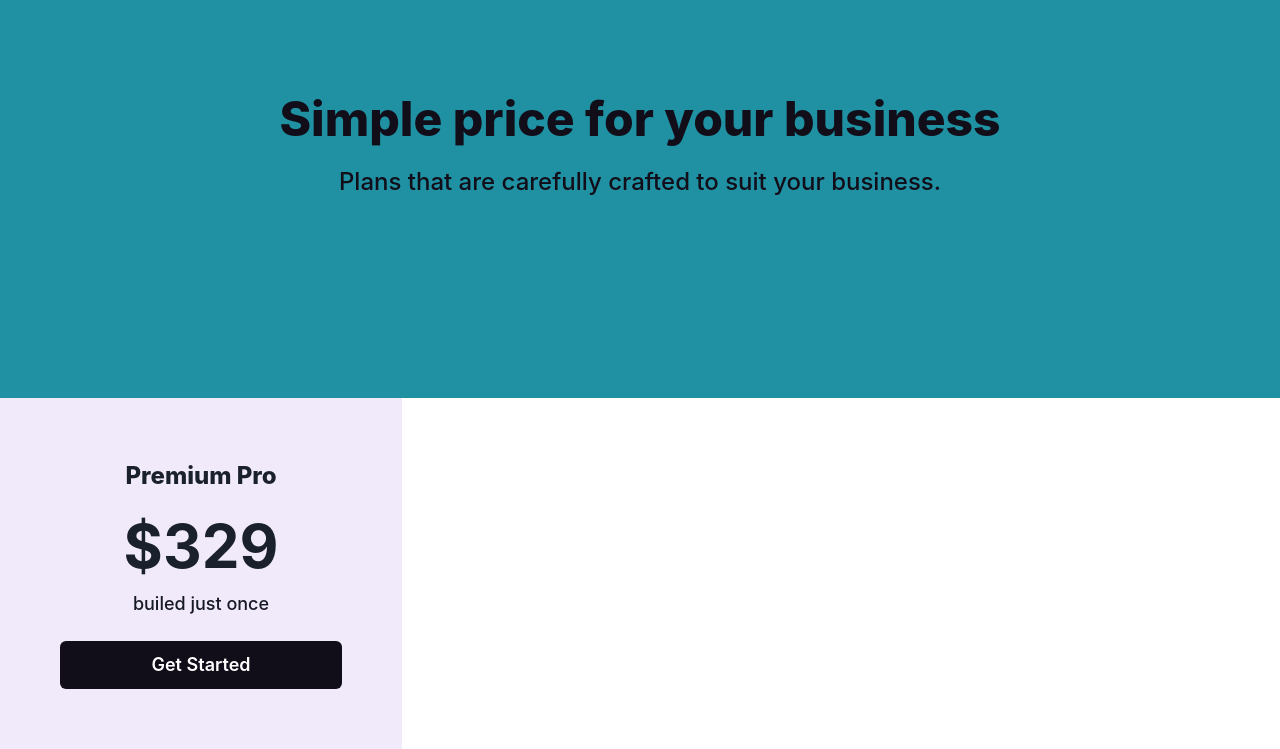
Repository: noutijo/learn-in-depth-chakra-ui
Page: /
An editor plug-in stored every save of this project. The page is shown before and after a run of saves, followed by the edit.
The browser window is 1280 px wide. The pictures show the whole page.
The project was rebuilt for these pictures with package versions that can differ from the ones it lists, and the page was loaded fresh each time. Also part of the build but not shown: vite.config.ts.

Above is the page before, as saved 2023-01-30 15:48:30.

After the next 2 saves:
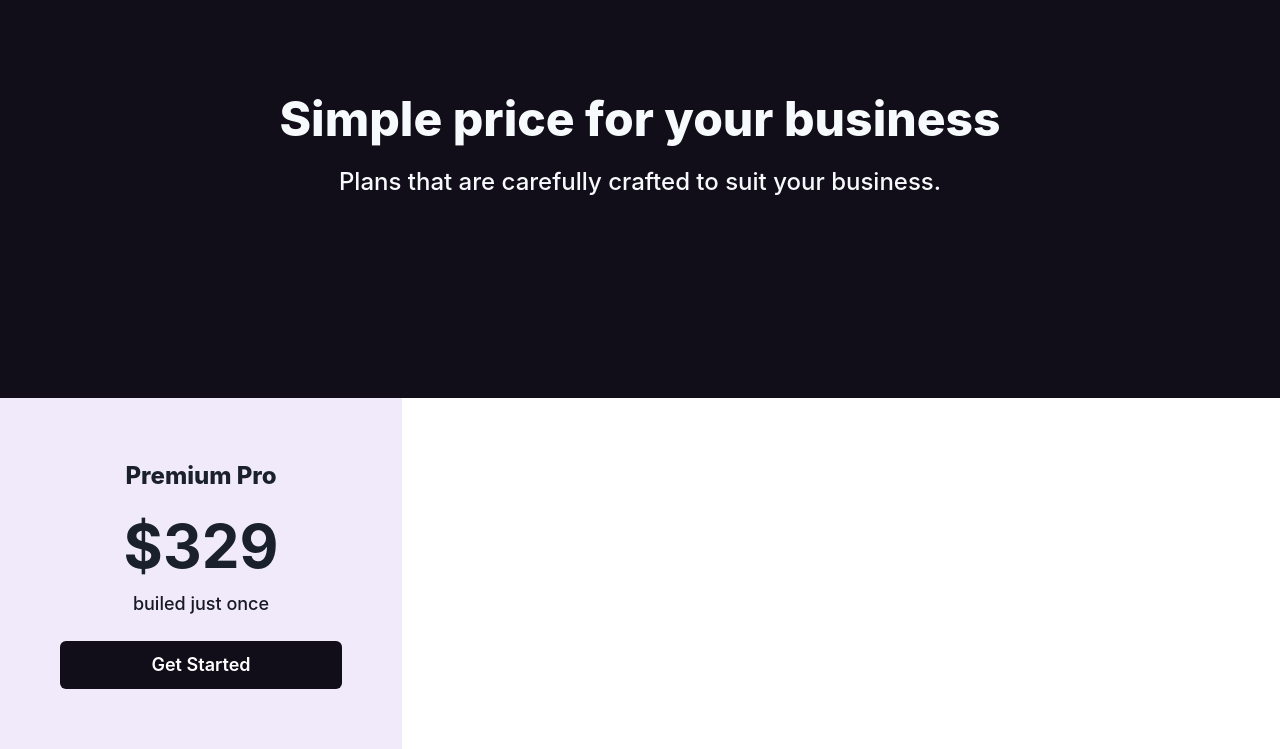
The 2 saves are shown as one change because they came seconds apart.
The last was saved 7 s later.
--- a/src/components/Header.tsx
+++ b/src/components/Header.tsx
@@ -5,8 +5,8 @@ export function Header() {
   return (
     <Box
       as="section"
-      color="#120E19"
-      bg="#1F91A3"
+      color="#F7FAFC"
+      bg="#120E19"
       pt="90px"
       pb="198px"
       px="32px">
